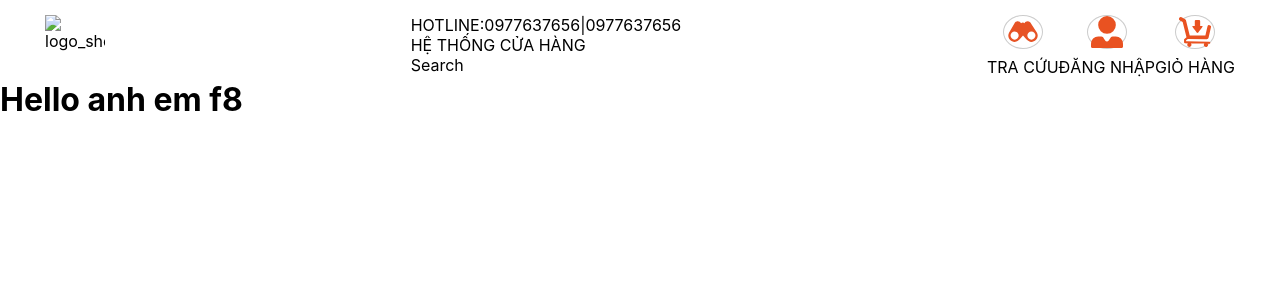
Repository: manhhieu120499/BadmintonShop
Page: /
An editor plug-in stored every save of this project. The page is shown before and after the next save, followed by the edit.
The browser window is 1280 px wide. The pictures show the whole page.
The project was rebuilt for these pictures with package versions that can differ from the ones it lists, and the page was loaded fresh each time.

Above is the page before, as saved 2024-08-19 09:53:27.

After the next save:
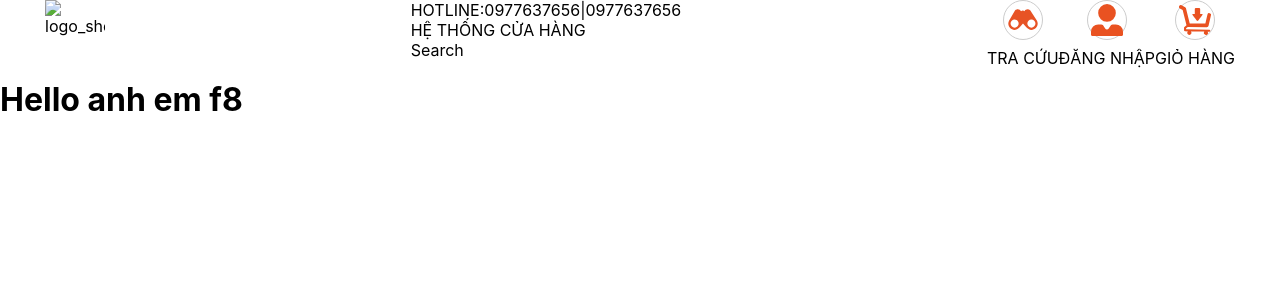
Saved 62 s later.
--- a/src/layouts/components/Header/Header.module.scss
+++ b/src/layouts/components/Header/Header.module.scss
@@ -1,7 +1,7 @@
 .wrapper {
 	height: 80px;
 	width: 100%;
-	padding: 15px 45px;
+	padding: 0px 45px;
 	display: flex;
 	justify-content: space-between;
 }
